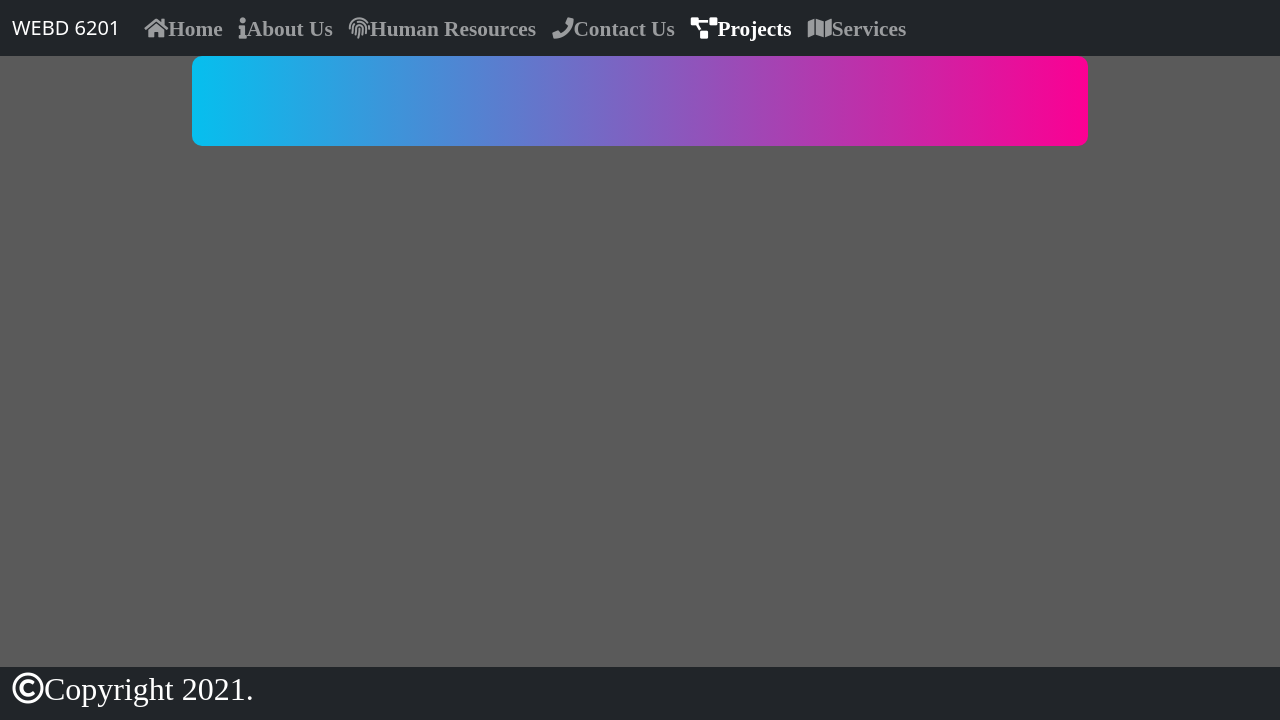
Repository: vans12345678/WEBD6201-W2021-Lab1
Page: projects.html
An editor plug-in stored every save of this project. The page is shown before and after the next save, followed by the edit.
The browser window is 1280 px wide. The pictures show the whole page.

Above is the page before, as saved 2021-02-02 16:21:21.
Console error: TypeError: Cannot set properties of null (setting 'textContent')

After the next save:
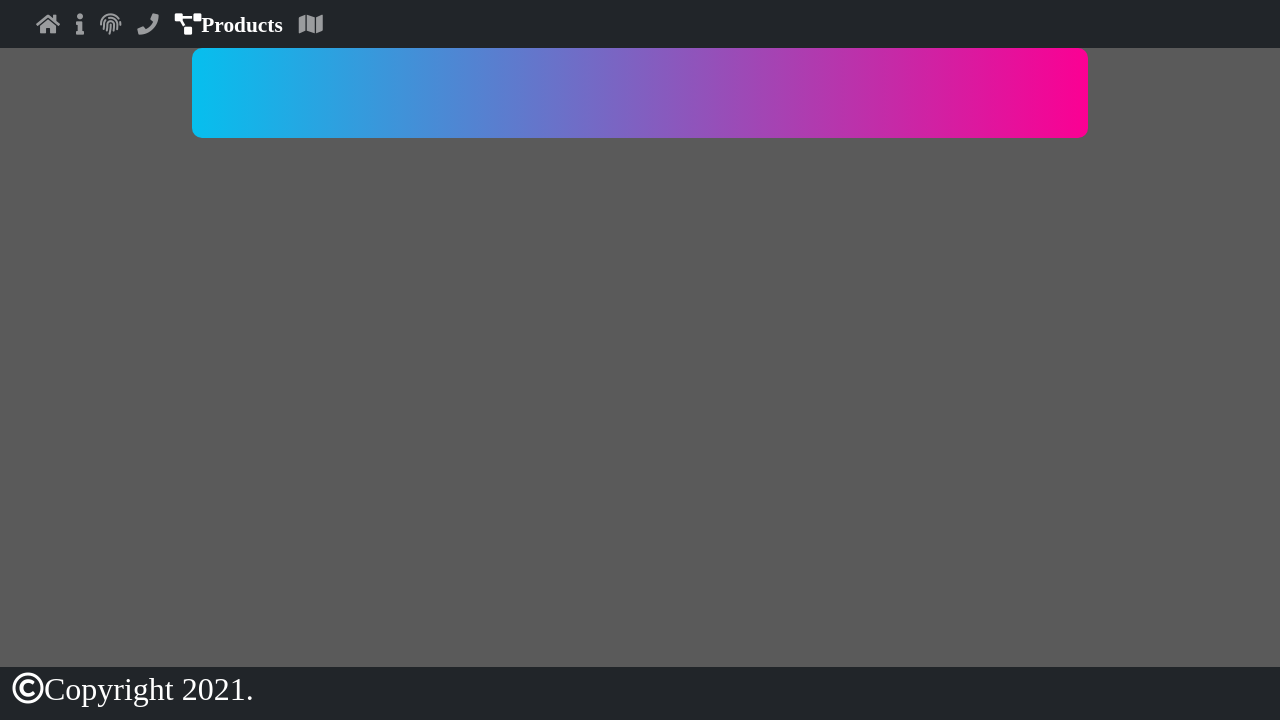
The error is gone.
Saved 101 s later.
--- a/Scripts/app.js
+++ b/Scripts/app.js
@@ -49,25 +49,7 @@
     }
     function displayProjects()
     {
-        DisplayNav();
-        //Define text and id's
-        // let p1Text = "Project One: COBOL Item List";
-        // let p2Text = "Project Two: C#, XAML, MDF  Preferred Shares and Common Shares";
-        // let p3Text = "Project Three: ASP.NET and MVC Framework Animal Shelter";
-        // let p1Description = "This project reads records from a .dat file, performs calculations on the data" +
-        // " then outputs it to a .out file neatly formatted.";
-        // let p2Description = "This project uses XAML for the windows form and a database to keep track of common and preferred shares." +
-        // " The database keeps track of how many shares(common/preferred) are  available and validation is applied.";
-        // let p3Description = "This project is a web application that keeps track of animals, owners, appointment and login info in a database." +
-        // " Relational database concepts are applied.";
 
-        //Projects 1
-        let projectsElement = document.getElementById("projectsTitle").textContent = "Projects";
-        // projectsElement = document.getElementById("projectsDescription");
-
-        // projectsElement.innerHTML = `<h3>Project One: COBOL Item List</h3>
-        // <p>This project reads records from a .dat file, performs calculations on the data then outputs it to a .out file neatly formatted.</p>
-        // <img src="../images/p1.PNG" alt="" style="width:800px;height:500px;">`;
 
 
         //Assign styles
